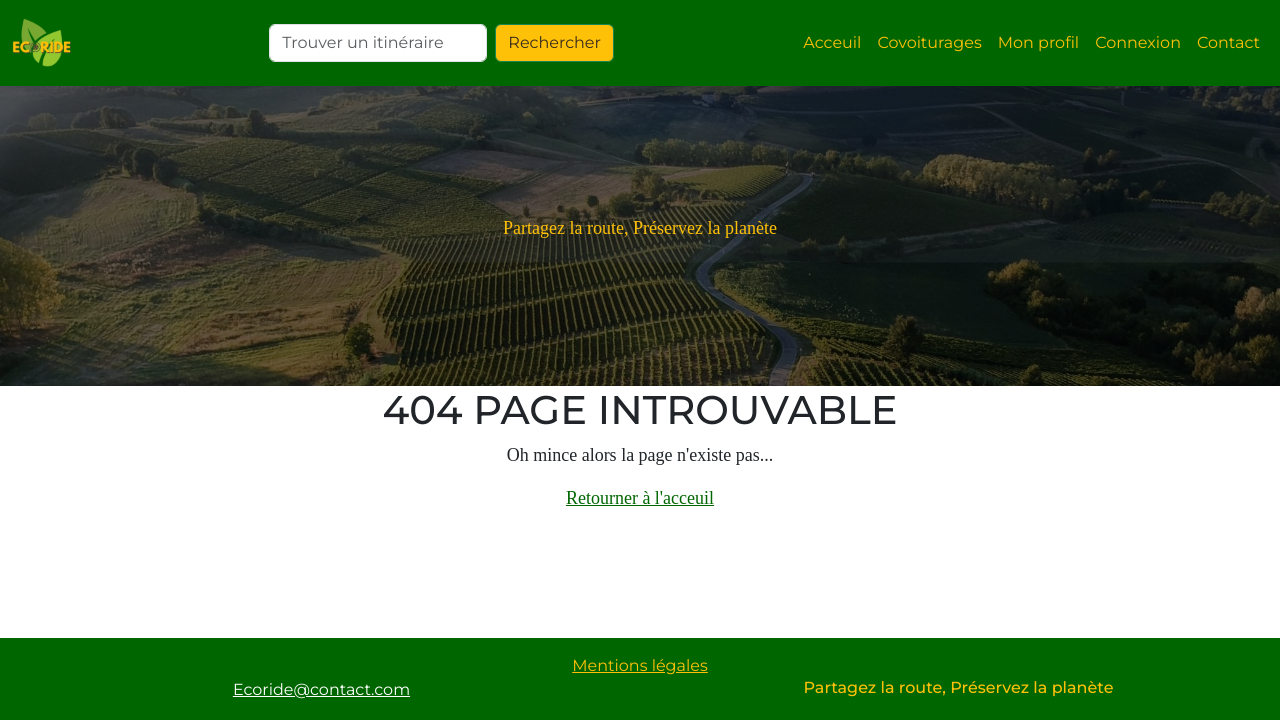
Repository: lemonhao9/ECF
Page: index.html
The author's editor kept a copy of each file at every save. The page is drawn from the files as they stood at one save, then again after the next save.
The browser window is 1280 px wide. The pictures show the whole page.
Some web fonts or font styles are not loaded; a fallback is used. The style sheet was rebuilt from its Sass, Less or Tailwind sources for each picture, by a compiler version that may differ from the author's.

Above is the page before, as saved 2025-02-12 16:54:29.

### index.html
<!DOCTYPE html>
<html lang="fr">
<head>
    <meta charset="UTF-8">
    <meta name="viewport" content="width=device-width, initial-scale=1.0">
    <link rel="preconnect" href="https://fonts.googleapis.com">
    <link rel="preconnect" href="https://fonts.gstatic.com" crossorigin>
    <link href="https://fonts.googleapis.com/css2?family=Hind+Madurai:wght@300;400;500;600;700&family=Montserrat:ital,wght@0,100..900;1,100..900&display=swap" rel="stylesheet">
    <link rel="stylesheet" href="/scss/main.css"/>
    <title>EcoRide</title>
</head>
<body>

    <header>
<nav class="navbar navbar-expand-lg bg-primary" data-bs-theme="light">
  <div class="container-fluid">
        <a class="navbar-brand" href="/"><img src="/images/EcoRideLOGO.png" class="img-fluid" alt="logo EcoRide" width="60px"height="50px"></a>
        <button class="navbar-toggler" type="button" data-bs-toggle="collapse" data-bs-target="#navbarSupportedContent" aria-controls="navbarSupportedContent" aria-expanded="false" aria-label="Toggle navigation">
      <span class="navbar-toggler-icon"></span>
        </button>
     <div class="collapse navbar-collapse" id="navbarSupportedContent">
        <div class="d-flex justify-content-center w-100">
            <form class="d-flex" role="search">
              <input class="form-control me-2" type="search" placeholder="Trouver un itinéraire" aria-label="Search">
              <button class="btn btn-outline-success bg-secondary text-black" type="submit">Rechercher</button>
            </form>
          </div>
      <ul class="navbar-nav ms-auto mb-2 mb-lg-0">
        <li class="nav-item">
          <a class="nav-link text-secondary" href="/">Acceuil</a>
        </li>
        <li class="nav-item">
          <a class="nav-link text-secondary" href="/formCovoit">Covoiturages</a>
        </li>
        <li class="nav-item">
          <a class="nav-link text-secondary text-nowrap" href="/profile">Mon profil</a>
        </li>
        <li class="nav-item">
            <a class="nav-link text-secondary" href="/login">Connexion</a>
          </li>
          <li class="nav-item">
            <a class="nav-link text-secondary" href="mailto:Ecoride@contact.com">Contact</a>
          </li>
      </ul>

    </div>
  </div>
</nav>
    </header>

    <main id="main-page">
        <!-- Injection du contenu des différentes pages-->
    </main>
    <footer class="bg-primary text-center footer pt-3">
        <div class="row">
            <div class="col-12">
                <a href="#" class="text-secondary">Mentions légales</a>
            </div>
            <div class="col-6">
                <a href="mailto:Ecoride@contact.com" class="text-white">Ecoride@contact.com</a>
            </div>
            <div class="col-6 text-secondary">
                <h3>Partagez la route, Préservez la planète</h3>
            </div>
        </div>
    </footer>

    <script type="module" src="./Router/router.js"></script>
    <script src="node_modules/bootstrap/dist/js/bootstrap.bundle.min.js"></script>

</body>
</html>

### Router/router.js
import Route from "./Route.js";
import { allRoutes, websiteName } from "./allRoutes.js";

// Création d'une route pour la page 404 (page introuvable)
const route404 = new Route("404", "Page introuvable", "/pages/404.html");

// Fonction pour récupérer la route correspondant à une URL donnée
const getRouteByUrl = (url) => {
  let currentRoute = null;
  // Parcours de toutes les routes pour trouver la correspondance
  allRoutes.forEach((element) => {
    if (element.url == url) {
      currentRoute = element;
    }
  });
  // Si aucune correspondance n'est trouvée, on retourne la route 404
  if (currentRoute != null) {
    return currentRoute;
  } else {
    return route404;
  }
};

// Fonction pour charger le contenu de la page
const LoadContentPage = async () => {
  const path = window.location.pathname;
  // Récupération de l'URL actuelle
  const actualRoute = getRouteByUrl(path);
  // Récupération du contenu HTML de la route
  const html = await fetch(actualRoute.pathHtml).then((data) => data.text());
  // Ajout du contenu HTML à l'élément avec l'ID "main-page"
  document.getElementById("main-page").innerHTML = html;

  // Ajout du contenu JavaScript
  if (actualRoute.pathJS != "") {
    // Création d'une balise script
    var scriptTag = document.createElement("script");
    scriptTag.setAttribute("type", "text/javascript");
    scriptTag.setAttribute("src", actualRoute.pathJS);

    // Ajout de la balise script au corps du document
    document.querySelector("body").appendChild(scriptTag);
  }

  // Changement du titre de la page
  document.title = actualRoute.title + " - " + websiteName;
};

// Fonction pour gérer les événements de routage (clic sur les liens)
const routeEvent = (event) => {
  event = event || window.event;
  event.preventDefault();
  // Mise à jour de l'URL dans l'historique du navigateur
  window.history.pushState({}, "", event.target.href);
  // Chargement du contenu de la nouvelle page
  LoadContentPage();
};

// Gestion de l'événement de retour en arrière dans l'historique du navigateur
window.onpopstate = LoadContentPage;
// Assignation de la fonction routeEvent à la propriété route de la fenêtre
window.route = routeEvent;
// Chargement du contenu de la page au chargement initial
LoadContentPage();

### Router/allRoutes.js
import Route from "./Route.js";

//Définir ici vos routes
export const allRoutes = [
    new Route("/", "Accueil", "./pages/home.html"),
    new Route("/profile", "Profil", "./pages/auth/profile.html"),
    new Route("/login", "Connexion", "./pages/auth/login.html"),
    new Route("/signup", "Inscription", "./pages/auth/signup.html"),
    new Route("/formCovoit", "Covoiturages", "./pages/covoiturages/formCovoit.html"),
    new Route("/vueCovoit", "Se déplacer", "./pages/covoiturages/vueCovoit.html")
];

//Le titre s'affiche comme ceci : Route.titre - websitename
export const websiteName = "EcoRide";

### pages/404.html
<div class="hero-scene text-center text-secondary">
    <div class="hero-scene-content">
        <p>Partagez la route, Préservez la planète</p>
    </div>
</div>

<div class="text-center justify-content--center">
    <h1>404 PAGE INTROUVABLE</h1>
    <p>Oh mince alors la page n'existe pas...</p>
    <p><a href="/">Retourner à l'acceuil</a></p>
</div>

### scss/main.scss
@import 'custom';

html {
    position: relative;
    min-height: 100%;
}

main{
    margin-bottom: 82px;
}

.text-justify{
    text-align: justify;
}

// ...Style du Footer...

footer.footer {
    padding: 15px;
    position:absolute;
    bottom:0;
    width: 100%;
}

footer h3{
    font-size: 16px;
}

footer a:hover{
        color:#584832 !important;
}

p{
    font-family: $font-family-serif;
    font-size: 18px;
}
// ...Style du burger...
.navbar-toggler-icon {
    background-image: url("data:[embedded picture, 225 characters]");
  }
.navbar-toggler{
  border:none;
}
.navbar-toggler:focus{
  box-shadow: none;
}

.navbar button:hover{
    background-color: #584832 !important;
    color: white !important;
}

// ...Style du Heroscene...

.hero-scene{
    position: relative;
    &::before{
        content: "";
        position: absolute;
        top: 0;
        left: 0;
        width: 100%;
        height: 100%;
        background-image: url(../images/HerosceneGDsize.jpg);
        background-size: cover;
        filter: brightness(0.4);
    }

    *{
        position: relative;
    }

    .hero-scene-content{
        height: 300px;
        display: flex;
        flex-direction: column;
        align-items: center;
        justify-content: center;
    }
}

.formulaire{
    background-color: #584832;
}

.form-label{
    color: $primary;
}

### scss/_custom.scss
// On défini notre charte graphique ainsi que les différentes polices d'écriture.

$primary: #006600;
$secondary: #FFC107;
$dark:#584832;
$black:  #392C1E;
$font-family-sans-serif: "Montserrat", sans-serif !default;
$font-family-serif: "Hind Madurai", serif !default;

@import "../node_modules/bootstrap/scss/bootstrap";

Loaded but not shown: node_modules/bootstrap/dist/js/bootstrap.bundle.min.js (library); Router/Route.js (common file)

After the next save:
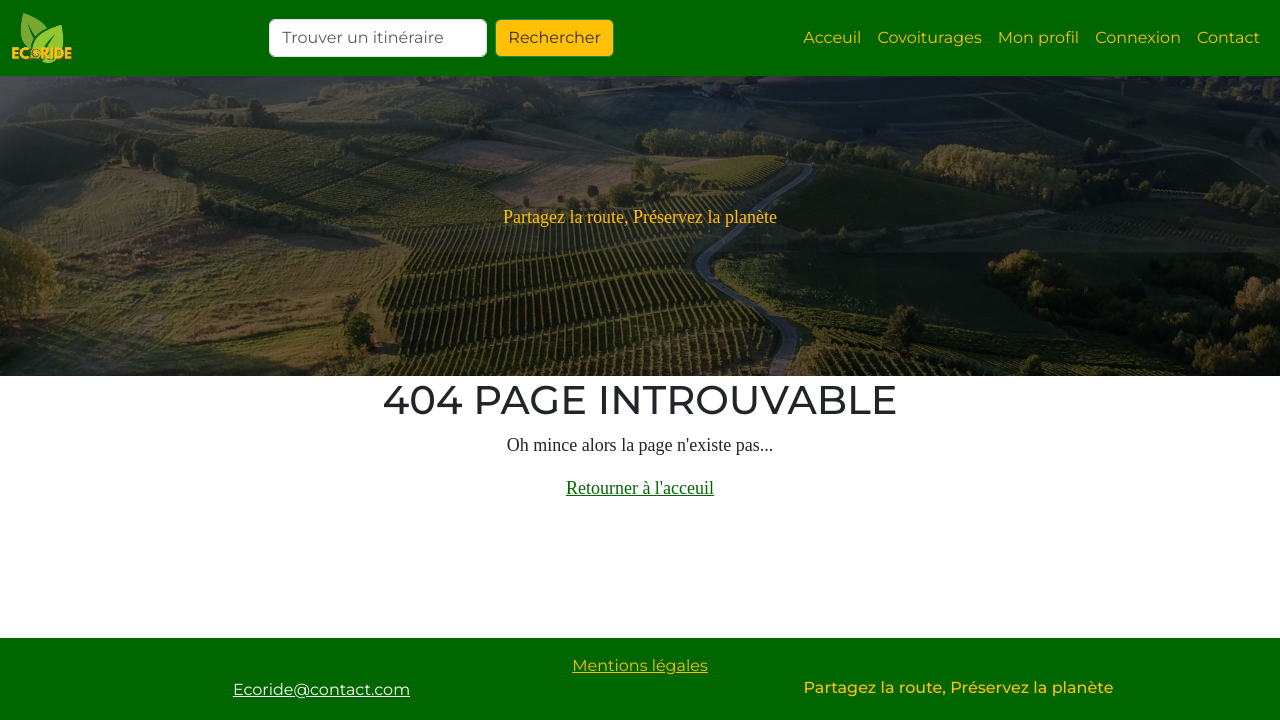
Saved 19 min 54 s later.
--- a/index.html
+++ b/index.html
@@ -14,7 +14,7 @@
     <header>
 <nav class="navbar navbar-expand-lg bg-primary" data-bs-theme="light">
   <div class="container-fluid">
-        <a class="navbar-brand" href="/"><img src="/images/EcoRideLOGO.png" class="img-fluid" alt="logo EcoRide" width="60px"height="50px"></a>
+        <a class="navbar-brand" href="/"><img src="/images/ECORIDElogov2-Photoroom.png" class="img-fluid" alt="logo EcoRide" width="60px"height="50px"></a>
         <button class="navbar-toggler" type="button" data-bs-toggle="collapse" data-bs-target="#navbarSupportedContent" aria-controls="navbarSupportedContent" aria-expanded="false" aria-label="Toggle navigation">
       <span class="navbar-toggler-icon"></span>
         </button>
